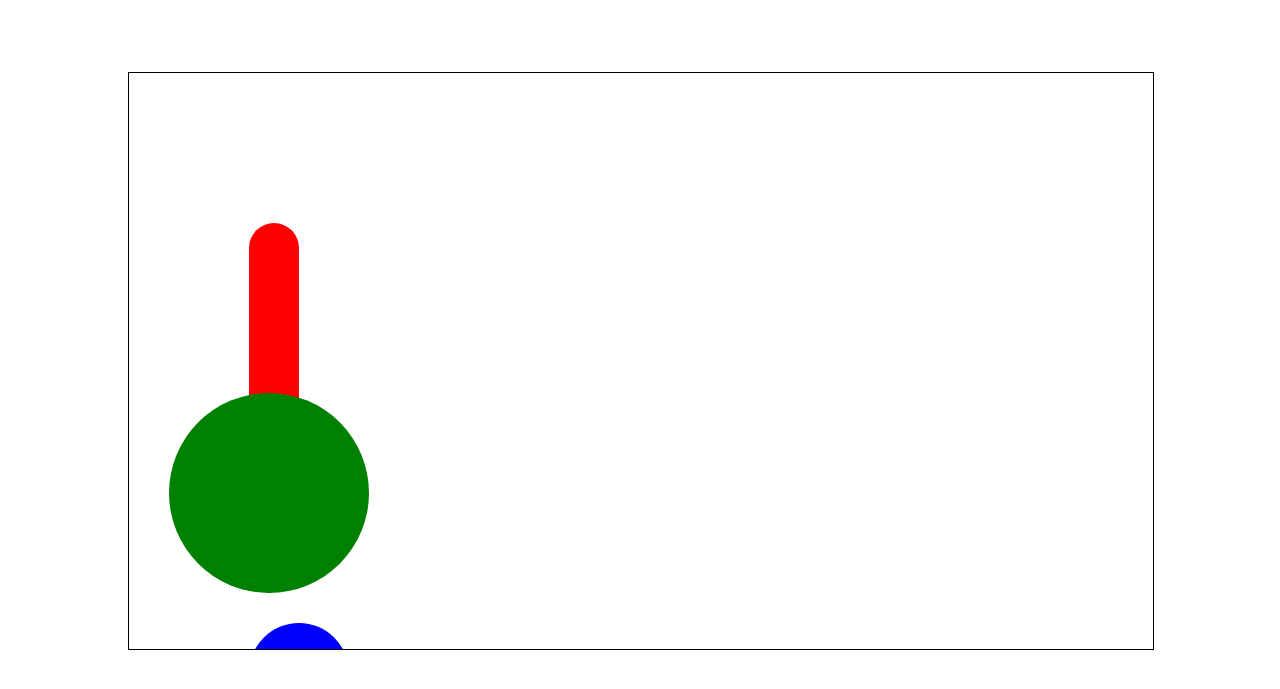
Repository: themoomooo/testgitajout
Page: index.html
An editor plug-in stored every save of this project. The page is shown before and after a run of saves, followed by the edit.
The browser window is 1280 px wide. The pictures show the whole page.

Above is the page before, as saved 2023-01-23 16:20:15.

After the next 3 saves:
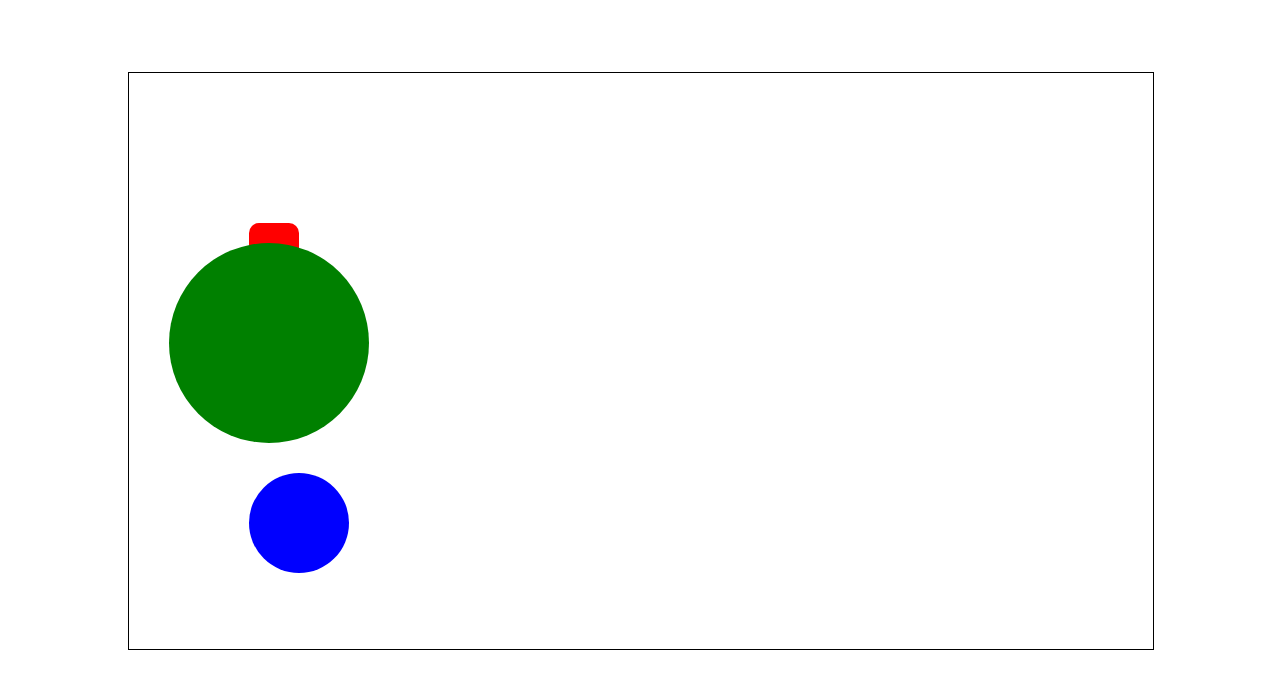
The 3 saves are shown as one change because they came seconds apart.
The last was saved 10 s later.
--- a/main.js
+++ b/main.js
@@ -64,7 +64,7 @@ class Prog {
 
 
 
-const monBallon = new Ball(100,150,50,200,'red',100);
+const monBallon = new Ball(100,150,50,50,'red',10);
 const monBallon2 = new Ball(100,350,100,100,'blue',50);
 const monBallon3 = new Ball(20,20,200,200,'green',100);
 const monBallon4 = new Ball(250,250,100,100,'black',50);
